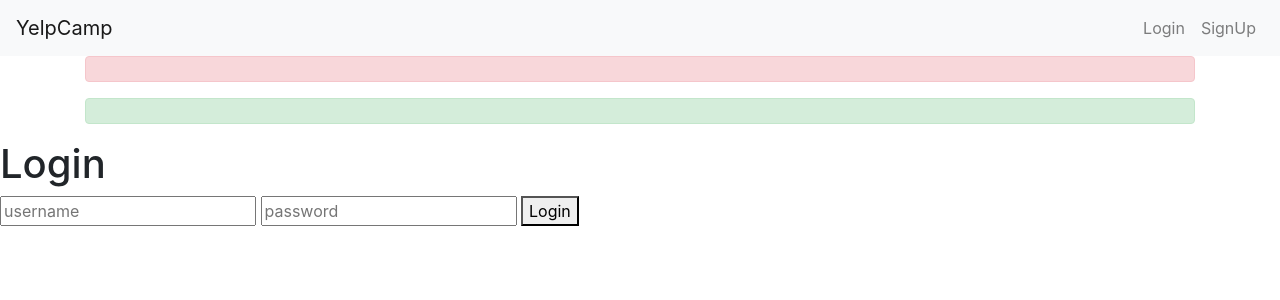
Repository: ninad1999/Yelp-Camp
Page: http://localhost/login
The author's editor kept a record of every edit. The page is drawn from the files as they stood at one moment, then again after a run of edits.
The browser window is 1280 px wide. The pictures show the whole page.
The page is served by the project's Node server (V11/app.js). Other server files are loaded and not shown.

Above is the page before.

### workspace/V11/views/login.ejs
<% include ./partials/header %>

<h1>Login</h1>

<form action="/login" method="POST">
    <input type="text" name="username" placeholder="username">
    <input type="password" name="password" placeholder="password">
    <button>Login</button>
</form>

<% include ./partials/footer %>

### workspace/V11/views/partials/header.ejs
<!DOCTYPE html>
<html>
    <head>
        <title>YelpCamp</title>
        <link rel="stylesheet" href="https://stackpath.bootstrapcdn.com/bootstrap/4.1.3/css/bootstrap.min.css">
        <link rel="stylesheet" href="/stylesheets/main.css">
    </head>
    <body>
        <nav class="navbar navbar-expand-lg navbar-light bg-light">
          <a class="navbar-brand" href="\">YelpCamp</a>
          <button class="navbar-toggler" type="button" data-toggle="collapse" data-target="#navbarSupportedContent" aria-controls="navbarSupportedContent" aria-expanded="false" aria-label="Toggle navigation">
            <span class="navbar-toggler-icon"></span>
          </button>

          <div class="collapse navbar-collapse" id="navbarSupportedContent">
            <ul class="navbar-nav mr-auto">
            </ul>
            <ul class="navbar-nav navbar-right">
                <% if (!currentUser) { %>
                    <li class="nav-item">
                        <a class="nav-link" href="/login">Login</a>
                    </li>
                    <li class="nav-item">
                        <a class="nav-link" href="/register">SignUp</a>
                    </li>
                <% } else { %>
                    <li class="nav-item">
                        <a class="nav-link" href="#">Signed in as <%= currentUser.username %></a>
                    </li>
                    <li class="nav-item">
                        <a class="nav-link" href="/logout">Logout</a>
                    </li>
                <% } %>
            </ul>
          </div>
        </nav>

        <div class="container">
            <div class="alert alert-danger" role="alert">
                <%= error %>
            </div>
            <div class="alert alert-success" role="alert">
                <%= success %>
            </div>
        </div>

### workspace/V11/app.js
var express         = require("express"),
    app             = express(),
    bodyParser      = require("body-parser"),
    mongoose        = require("mongoose"),
    passport        = require("passport"),
    LocalStrategy   = require("passport-local"),
    Campground      = require("./models/campground.js"),
    Comment         = require("./models/comment.js"),
    User            = require("./models/user.js"),
    seedDB          = require("./seed"),
    methodOverride  = require("method-override"),
    flash           = require("connect-flash");

var campgroundRoutes    = require("./routes/campgrounds"),
    commentRoutes       = require("./routes/comments"),
    indexRoutes         = require("./routes/index");

mongoose.connect("mongodb://localhost:27017/yelp_camp", { useNewUrlParser: true });
app.use(bodyParser.urlencoded({extended: true}));
app.use(express.static(__dirname + "/public"));
// console.log(__dirname); // __dirname: /home/ubuntu/workspace/V5
app.set("view engine", "ejs");
// seedDB(); // seed the databse

// ---------------------PASSPORT CONFIGURATIONS--------------------
app.use(require("express-session")({
    secret: "This can literally be anything",
    resave: false,
    saveUninitialized: false
}));

app.use(passport.initialize());
app.use(passport.session());
app.use(methodOverride("_method"));
app.use(flash());

passport.use(new LocalStrategy(User.authenticate()));
passport.serializeUser(User.serializeUser());
passport.deserializeUser(User.deserializeUser());

// --------Middleware for deciding when to dispaly login, signup (when user not logged in) and logout(when user logged in) buttons ------------
app.use(function(req, res, next) {
    res.locals.currentUser = req.user; // this will pass the user to every single template
    res.locals.error = req.flash("error");
    res.locals.success = req.flash("success");
    next();
});

// ---------ROUTES----------------
app.use("/campgrounds", campgroundRoutes);  //adding /campgrounds here will append it to every route in campgroundRoutes eg: /new will become /campgrounds/new
app.use("/campgrounds/:id/comments", commentRoutes);
app.use(indexRoutes);

app.listen(process.env.PORT, process.env.IP, function() {
    console.log("The YelpCamp server has started!");
});

### workspace/V11/routes/index.js
var express = require("express");
var router = express.Router();
var User = require("../models/user");
var passport = require("passport");

router.get("/", function(req, res) {
   res.render("landing");
});


// ----------------SIGNUP----------------------

router.get("/register", function(req, res){
   res.render("./register");
});

// signup logic
router.post("/register", function(req, res) {
   var newUser = new User({username: req.body.username});
   User.register(newUser, req.body.password, function(err, user) {
      if (err) {
        //   console.log(err);
          req.flash("error", err.message);
          return res.render("./register"); // return so that if there is an wrror we can short circuit and break out of the function
      } else {
            passport.authenticate("local")(req, res, function() {
               req.flash("success", "Welcome to Yelpcamp " + user.username);
               res.redirect("/campgrounds");
            });
      }
   });
});

// ------------LOGIN---------------

router.get("/login", function(req, res) {
   res.render("./login");
});

// app.post("/login, middleware, function()");
router.post("/login", passport.authenticate("local",
    {
        successRedirect: "/campgrounds",
        failureRedirect: "/login"
    }), function(req, res) {
});

// --------------LOGOUT------------------

router.get("/logout", function(req, res) {
   req.logout();
   req.flash("success", "Logged you out!");
   res.redirect("/campgrounds");
});

// --------------MIDDLEWARE for accessing pages-------------
function isLoggedIn(req, res, next) {
    if (req.isAuthenticated()) {

        return next();
    }

    res.redirect("/login");
}

module.exports = router;

### workspace/V11/public/stylesheets/main.css
.img-thumbnail img {
    width: 100%;
}

.img-thumbnail {
    padding: 0;
}

.img-thumbnail .caption-full {
    padding:9px;
}

.delete-form {
    display: inline;
}

Loaded but not shown: workspace/V11/views/partials/footer.ejs (common file)

After the next 3 edits:
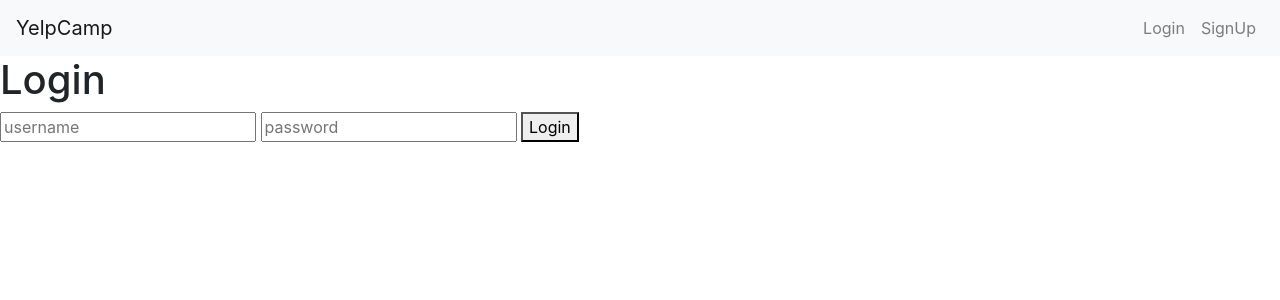
The 3 edits are shown as one change because 2 did not build or start.
The edit:
--- a/workspace/V11/views/partials/header.ejs
+++ b/workspace/V11/views/partials/header.ejs
@@ -36,10 +36,14 @@
         </nav>
 
         <div class="container">
-            <div class="alert alert-danger" role="alert">
-                <%= error %>
-            </div>
-            <div class="alert alert-success" role="alert">
-                <%= success %>
-            </div>
+            <% if (error && error.length > 0) { %>
+                <div class="alert alert-danger" role="alert">
+                    <%= error %>
+                </div>
+            <% } %>
+            <% if (success && success.length > 0) {  // just success isnt enough need to check success.length: even if success.length is 0, it wil execute the expression, hence > 0 %>
+                <div class="alert alert-success" role="alert">
+                    <%= success %>
+                </div>
+            <% } %>
         </div>
